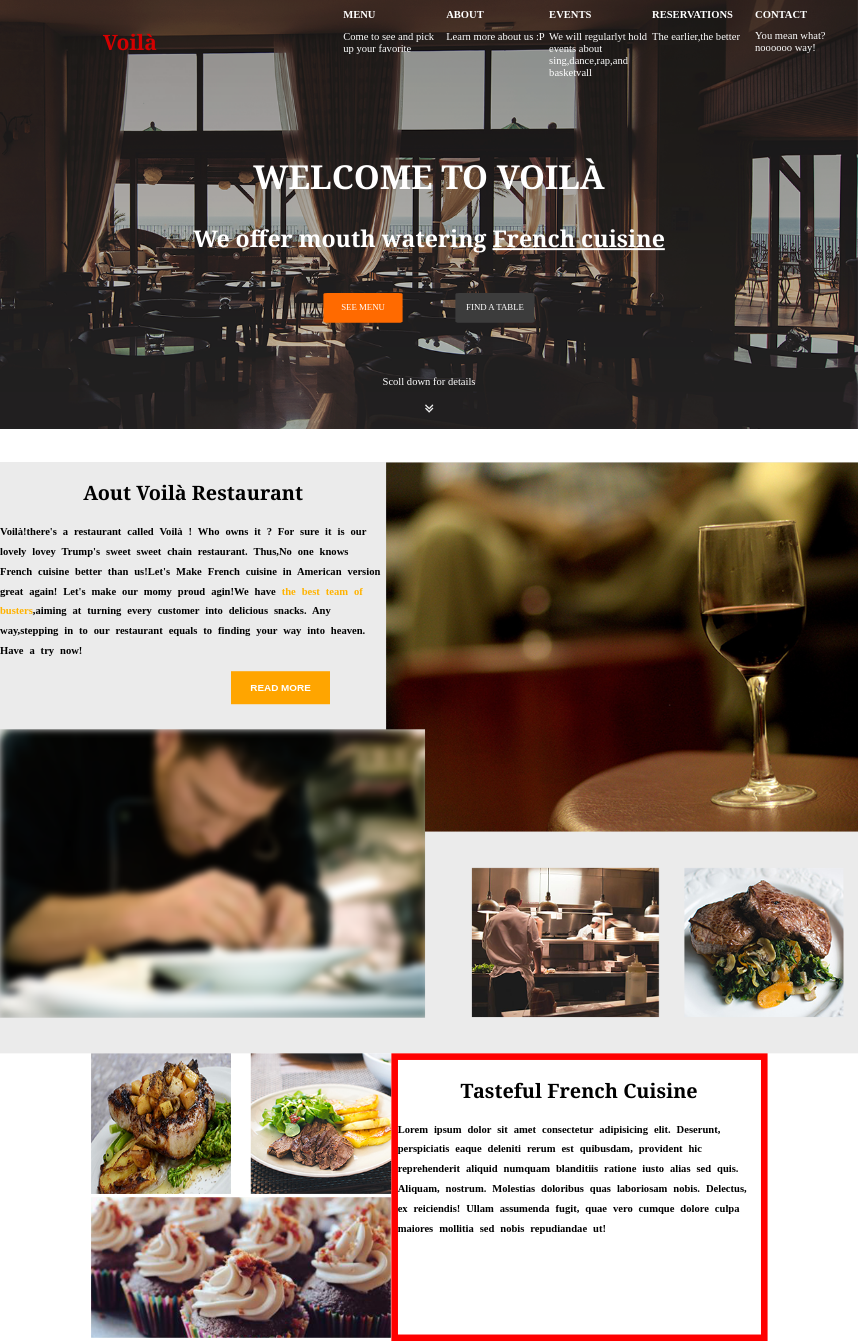
Repository: sis-shen/HTML_vsc
Page: adc_v2/index.html
These files come from the project's save history. The page is drawn as it stood at one moment and after the next save; the edit follows.
The browser window is 1280 px wide. The page is 1300 px wide, so the pictures cover 1300 px, including what lies to the right of the window. The pictures show the whole page, at 66% of full size.

Above is the page before, as saved 2023-08-17 09:35:04.

After the next save:
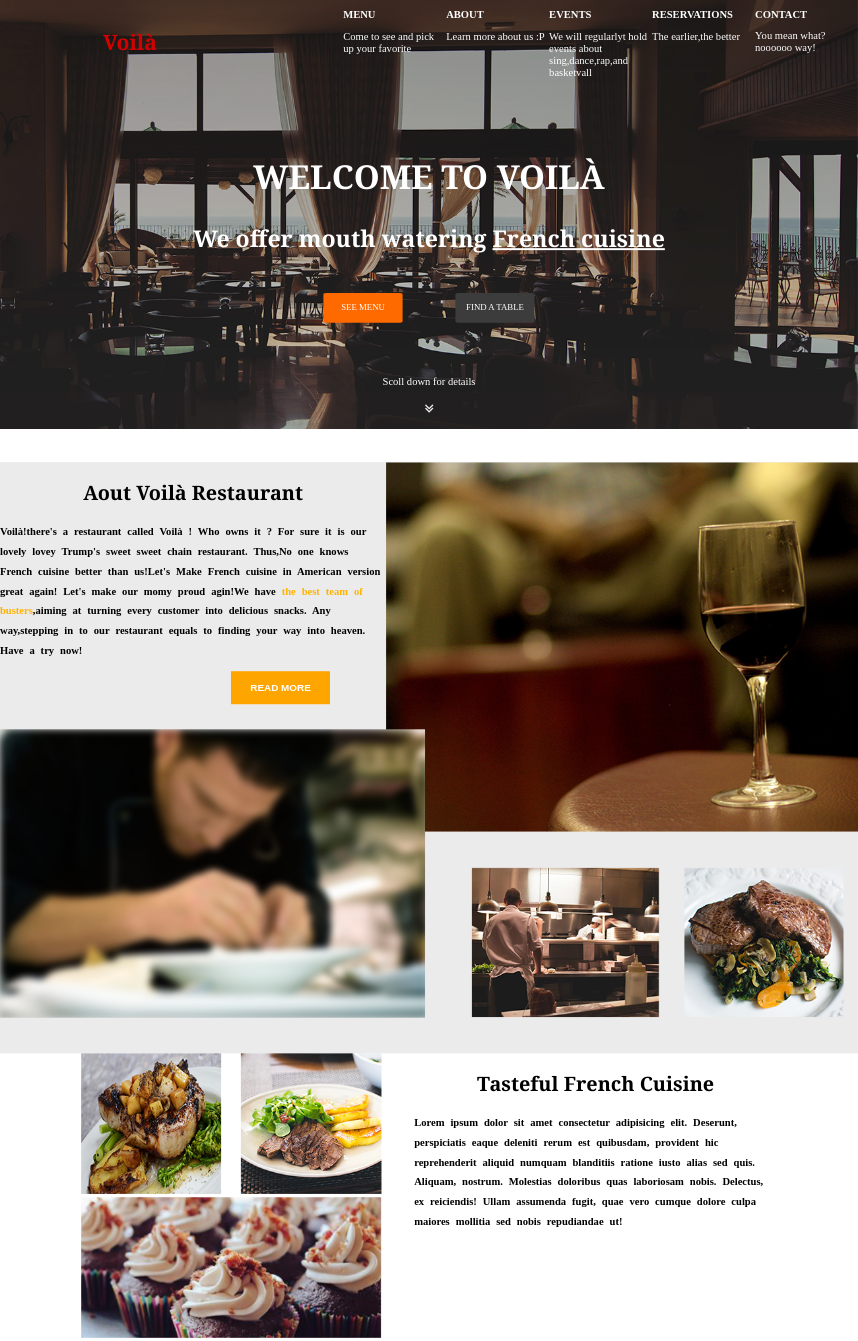
Saved 16 s later.
--- a/adc_v2/style.css
+++ b/adc_v2/style.css
@@ -290,7 +290,8 @@ body {
 
     .right-p{
         width: 550px;
-        border: red solid 10px;
+        margin-left: 50px;
+        /* border: red solid 10px; */
 
     }
 }
